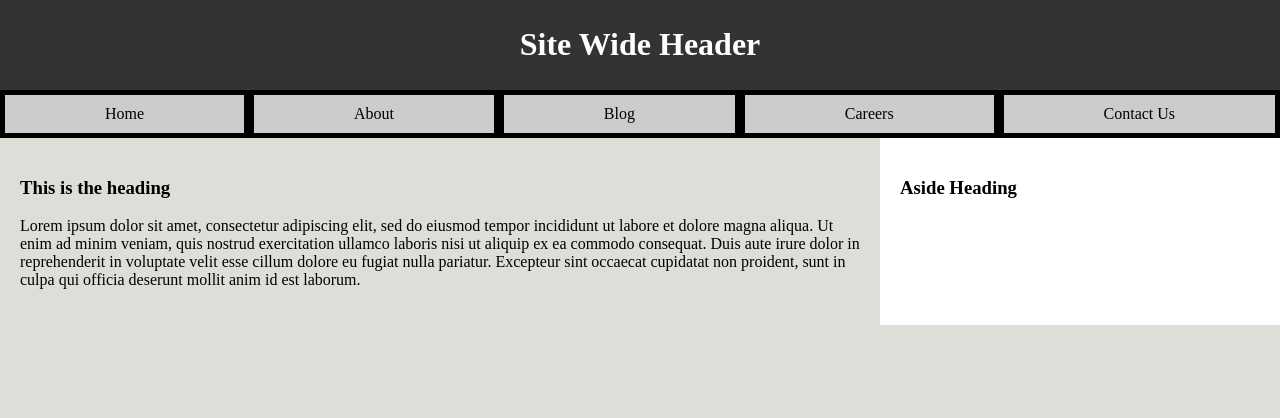
Repository: ayeza-baseer/AssignmentFlexbox
Page: assignment.html
An editor plug-in stored every save of this project. The page is shown before and after the next save, followed by the edit.
The browser window is 1280 px wide. The pictures show the whole page.

Above is the page before, as saved 2023-03-17 14:23:27.

After the next save:
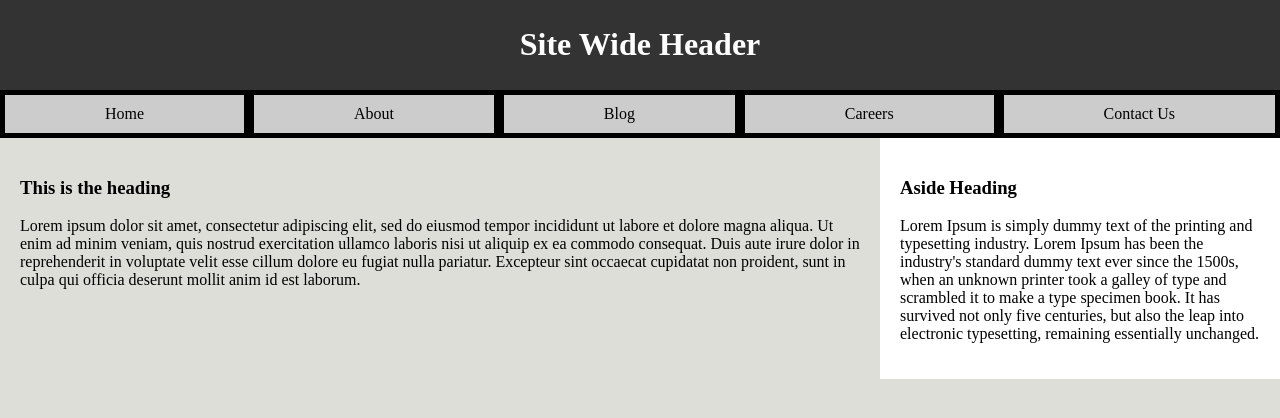
Saved 2 min 28 s later.
--- a/assignment.html
+++ b/assignment.html
@@ -25,6 +25,7 @@
       </div>
       <div class="aside">
         <h3>Aside Heading</h3>
+        <p>Lorem Ipsum is simply dummy text of the printing and typesetting industry. Lorem Ipsum has been the industry's standard dummy text ever since the 1500s, when an unknown printer took a galley of type and scrambled it to make a type specimen book. It has survived not only five centuries, but also the leap into electronic typesetting, remaining essentially unchanged.</p>
       </div>
     </div>
 </div>
